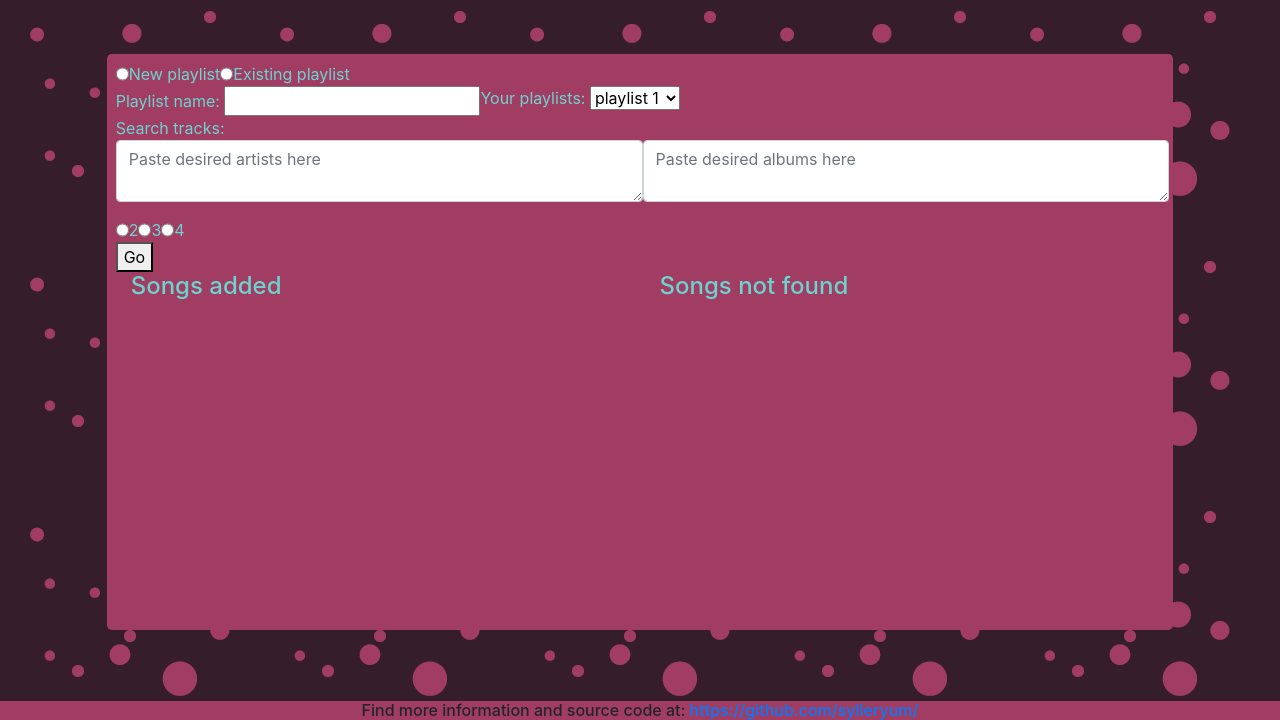
Repository: sylleryum/Frontend
Page: GetTopTracks/index.html
An editor plug-in stored every save of this project. The page is shown before and after a run of saves, followed by the edit.
The browser window is 1280 px wide. The pictures show the whole page.

Above is the page before, as saved 2019-10-13 16:39:42.

After the next 2 saves:
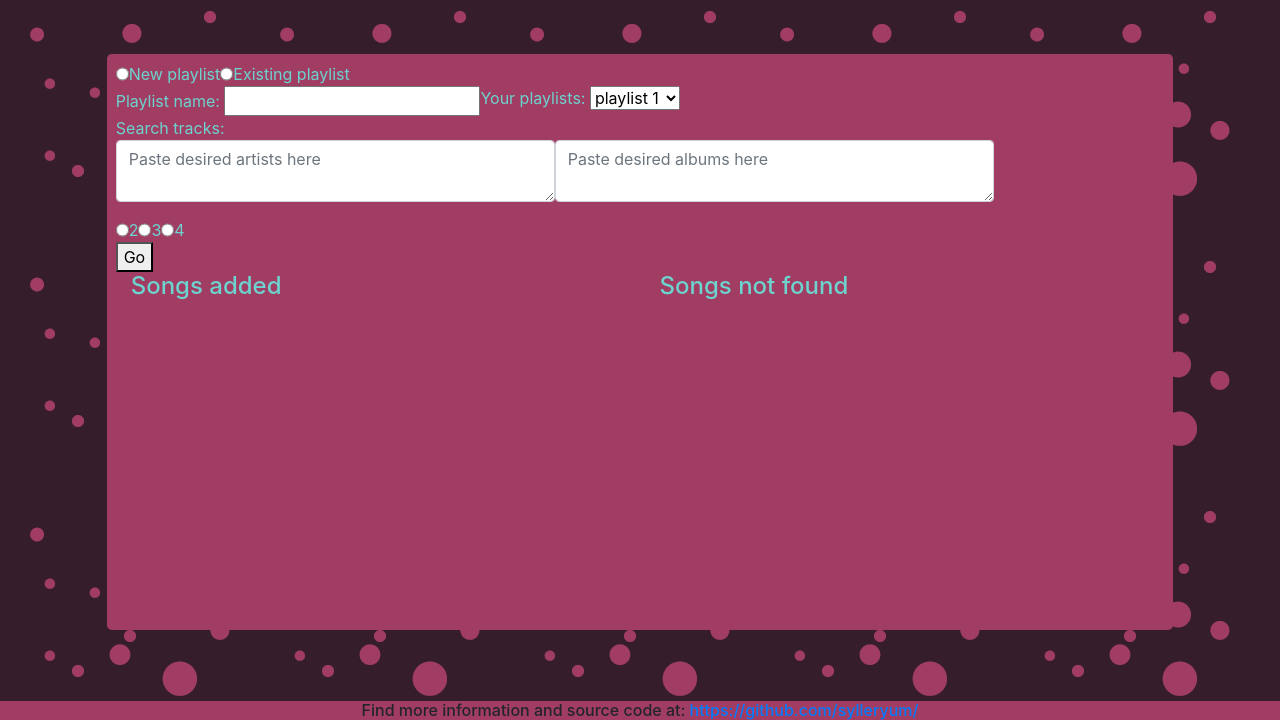
The 2 saves are shown as one change because they came seconds apart.
The last was saved 28 s later.
--- a/GetTopTracks/index.html
+++ b/GetTopTracks/index.html
@@ -49,11 +49,11 @@
                          Search tracks:
                     </div>
                     <div class="row main-textarea form-group pr-1">
-                         <div class="col-md-6 p-0">
+                         <div class="col-md-5 p-0">
                               <textarea class="textarea-search form-control md-textarea" id="searchNameArtist"
                                    name="searchNameArtist" placeholder="Paste desired artists here"></textarea>
                          </div>
-                         <div class="col-md-6 p-0">
+                         <div class="col-md-5 p-0">
                               <textarea class="textarea-search form-control md-textarea" id="searchNameAlbum"
                                    name="searchNameAlbum" placeholder="Paste desired albums here"></textarea>
                          </div>

After the save that followed:
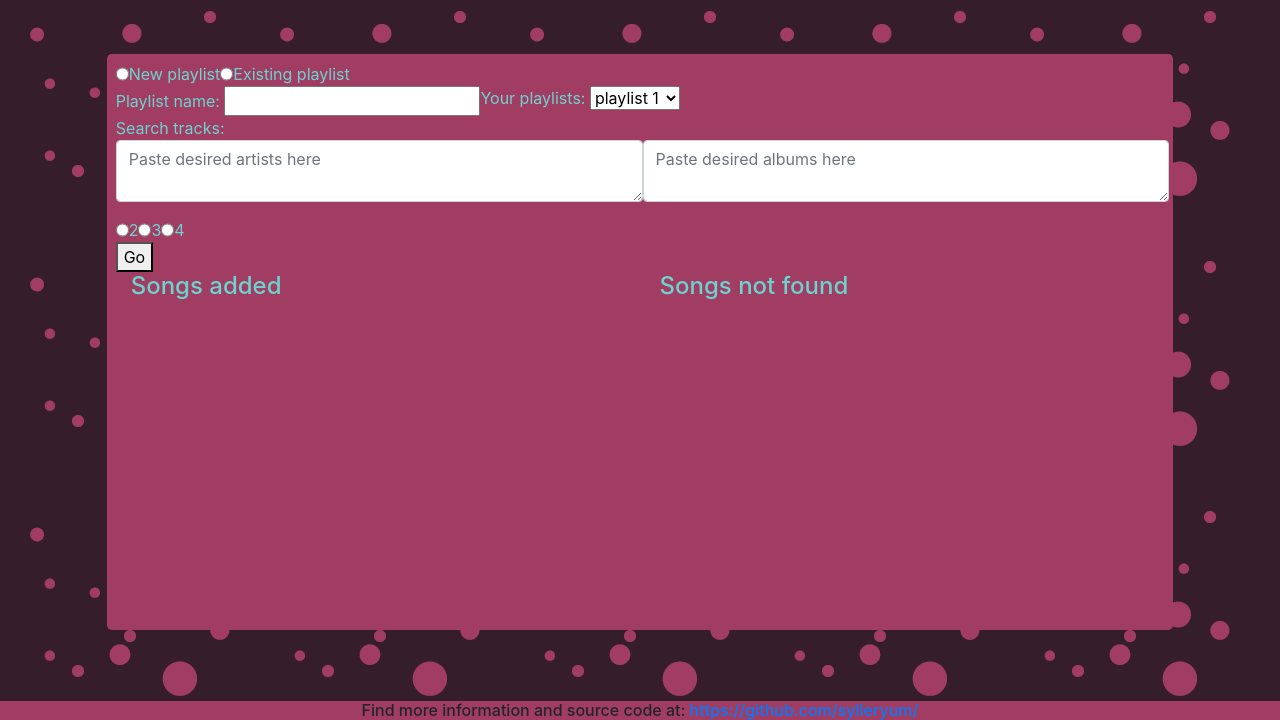
Saved 12 s later.
--- a/GetTopTracks/index.html
+++ b/GetTopTracks/index.html
@@ -49,11 +49,11 @@
                          Search tracks:
                     </div>
                     <div class="row main-textarea form-group pr-1">
-                         <div class="col-md-5 p-0">
+                         <div class="col-md-6 p-0">
                               <textarea class="textarea-search form-control md-textarea" id="searchNameArtist"
                                    name="searchNameArtist" placeholder="Paste desired artists here"></textarea>
                          </div>
-                         <div class="col-md-5 p-0">
+                         <div class="col-md-6 p-0">
                               <textarea class="textarea-search form-control md-textarea" id="searchNameAlbum"
                                    name="searchNameAlbum" placeholder="Paste desired albums here"></textarea>
                          </div>
